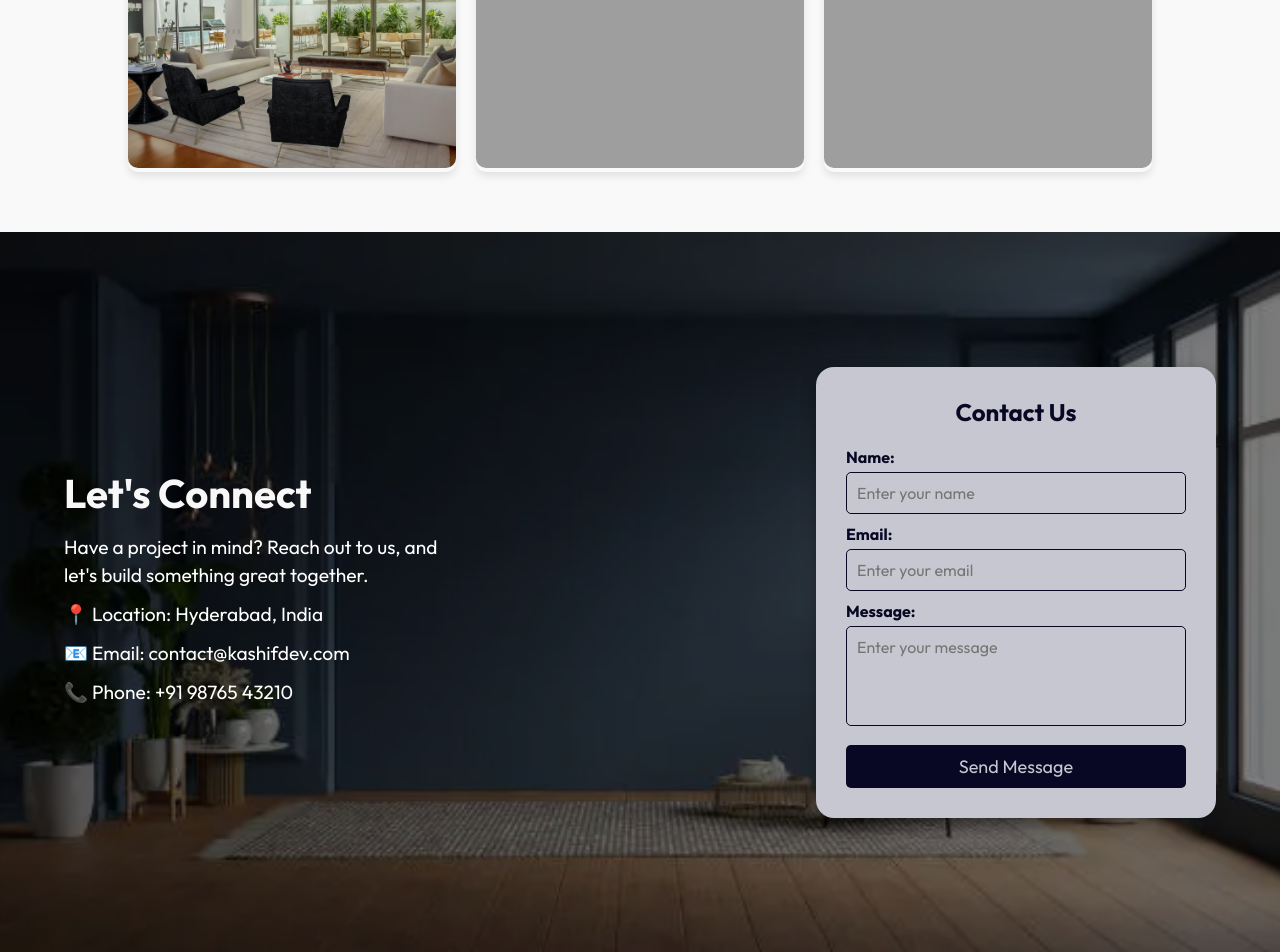
Repository: TechProjectss/Portfolio
Page: / (app in Merajweb/)
These files come from the project's save history. The page is drawn as it stood at one moment and after the next save; the edit follows.
The browser window is 1280 px wide. The pictures show the part of the page from y = 2747 to 3699 px (the page is 3699 px tall).
Pictures or frames that could not be fetched are drawn as grey boxes. The project was rebuilt for these pictures with package versions that can differ from the ones it lists, and the page was loaded fresh each time. Also part of the build but not shown: Merajweb/vite.config.js.

Above is the page before, as saved 2025-02-26 12:38:49.

### Merajweb/index.html
<!doctype html>
<html lang="en">
  <head>
    <meta charset="UTF-8" />
    <link rel="icon" type="image/svg+xml" href="/vite.svg" />
    <meta name="viewport" content="width=device-width, initial-scale=1.0" />
    <title>MerajWeb</title>
  </head>
  <body>
    <div id="root"></div>
    <script type="module" src="/src/main.jsx"></script>
  </body>
</html>

### Merajweb/src/index.css
@import url('https://fonts.googleapis.com/css2?family=Outfit:wght@100..900&display=swap');

*{
    margin: 0;
    padding: 0;
    box-sizing: border-box;
    font-family: "Outfit", serif;
}

body{
    background-color: #f5f5f5;
}

a{
    text-decoration: none;
    color: inherit;
    line-height: 1;
    cursor: pointer;
}

.container{
    padding-left: 5%;
    padding-right: 5%;
}

### Merajweb/src/App.jsx
import React from "react";
import Navbar from "./components/Navbar/Navbar";
import Home from "./components/Home/Home";
import About from "./components/About/About";
import Programs from "./components/Programs/Programs";
import Projects from "./components/Projects/Projects";
import Contact from "./components/Contact/Contact";

const App = () => {
  return (
    <>
      <Navbar />
      <div id="home"><Home /></div>
      <div id="about"><About /></div>
      <div id="programs"><Programs /></div>
      <div id="projects"><Projects /></div>
      <div id="contact"><Contact /></div>
    </>
  );
};

export default App;

### Merajweb/src/components/Navbar/Navbar.jsx
import React, { useState, useEffect } from "react";
import "./Navbar.css";
import logosk from "../../assets/logosk1.png";

const Navbar = () => {
    const [menuOpen, setMenuOpen] = useState(false);
    const [visible, setVisible] = useState(true);

    useEffect(() => {
        let lastScrollY = window.scrollY;

        const handleScroll = () => {
            setVisible(window.scrollY < lastScrollY || window.scrollY < 50);
            lastScrollY = window.scrollY;
        };

        window.addEventListener("scroll", handleScroll);
        return () => window.removeEventListener("scroll", handleScroll);
    }, []);

    return (
        <nav className={`navbar ${visible ? "visible" : "hidden"}`}>
            <div className="logo-container">
                <img src={logosk} alt="logo" className="logo" />
            </div>
            <ul className={menuOpen ? "nav-items open" : "nav-items"}>
                <li><a href="#home">Home</a></li>
                <li><a href="#about">About</a></li>
                <li><a href="#programs">Programs</a></li>
                <li><a href="#projects">Projects</a></li>
                <li><a href="#contact">Contact Us</a></li>
            </ul>
            <div className="menu-icon" onClick={() => setMenuOpen(!menuOpen)}>☰</div>
        </nav>
    );
};

export default Navbar;

### Merajweb/src/components/Home/Home.jsx
import React from 'react';
import './Home.css';

const Home = () => {
    return (
        <div className='hero container' style={{ minHeight: "100vh" }}>
            <div className="hero-text">
                <h1>Bringing Ideas to Reality with Design & Code</h1>
                <h2>Mohammed Kashif | React Native & Full-Stack Developer</h2>
                <p>
                    I specialize in building scalable mobile apps, seamless UI/UX, and API integrations.
                    Looking for a passionate developer? Let’s build something amazing together!
                </p>
                <div className="hero-buttons">
                    <button className="btn primary">View My Work</button>
                    <button className="btn secondary">Hire Me</button>
                </div>
            </div>
        </div>
    );
};

export default Home;

### Merajweb/src/components/About/About.jsx
import React from 'react';
import styled from 'styled-components';

// Styled Components
const AboutSection = styled.div`
    display: flex;
    align-items: center;
    justify-content: center;
    min-height: 100vh;
    padding: 60px 20px;
    background: #fff;
    gap: 50px;

    @media (max-width: 768px) {
        flex-direction: column;
        text-align: center;
    }
`;

const AboutText = styled.div`
    max-width: 600px;
    line-height: 1.8;
`;

const AboutImage = styled.img`
    width: 350px;
    height: 350px;
    border-radius: 50%;
    box-shadow: 0 6px 12px rgba(0, 0, 0, 0.3);
    transition: transform 0.3s ease-in-out;

    &:hover {
        transform: scale(1.1);
    }
`;

const Skills = styled.ul`
    list-style: none;
    padding: 0;
    display: flex;
    flex-wrap: wrap;
    justify-content: flex-start;
    margin-top: 20px;
    gap: 10px;

    @media (max-width: 768px) {
        justify-content: center;
    }
`;

const SkillItem = styled.li`
    background: #080824;
    color: white;
    padding: 10px 20px;
    border-radius: 25px;
    font-weight: bold;
    font-size: 14px;
    transition: all 0.3s ease-in-out;

    &:hover {
        background: #080824;
        transform: translateY(-3px);
    }
`;

const CTAButton = styled.button`
    background: #080824;
    color: white;
    padding: 14px 28px;
    font-size: 18px;
    border: none;
    cursor: pointer;
    border-radius: 8px;
    font-weight: bold;
    transition: all 0.3s ease-in-out;
    margin-top: 30px;

    &:hover {
        background:rgb(111, 111, 131);
        transform: scale(1.05);
    }
`;

const About = () => {
    return (
        <AboutSection>
            <AboutImage src="/profile.jpg" alt="Mohammed Kashif" />
            <AboutText>
                <h1>About Me</h1>
                <p>
                    Hi, I'm <strong>Mohammed Kashif</strong>, a passionate and dedicated <strong>Full-Stack Developer</strong>
                    with expertise in building modern and scalable applications. My journey in development started with
                    curiosity, and now I specialize in crafting high-quality digital experiences.
                </p>
                <p>
                    I thrive on solving real-world problems using <strong>React Native, React.js, Node.js</strong>, and <strong>UI/UX Design</strong>.
                    From designing user-friendly interfaces to developing seamless back-end services, I ensure that every
                    project is built with efficiency, creativity, and a focus on user satisfaction.
                </p>
                <h2>Skills & Technologies</h2>
                <Skills>
                    <SkillItem>React Native</SkillItem>
                    <SkillItem>React.js</SkillItem>
                    <SkillItem>UI/UX Design</SkillItem>
                    <SkillItem>Node.js</SkillItem>
                    <SkillItem>MongoDB</SkillItem>
                    <SkillItem>API Development</SkillItem>
                    <SkillItem>Docker & Cloud Services</SkillItem>
                    <SkillItem>JavaScript & TypeScript</SkillItem>
                </Skills>
                <CTAButton>Let's Work Together!</CTAButton>
            </AboutText>
        </AboutSection>
    );
};

export default About;

### Merajweb/src/components/Programs/Programs.jsx
import React from "react";
import "./Programs.css";
import img1 from "../../assets/hom1.jpg"; // Replace with actual image path
import img2 from "../../assets/int7.jpg"; // Replace with actual image path
import img3 from "../../assets/int2.jpg"; // Replace with actual image path
import img4 from "../../assets/int5.jpg"; // Replace with actual image path
import img5 from "../../assets/int4.jpg"; // Replace with actual image path

const Programs = () => {
    return (
        <section className="programs-section">
            <div className="program-card">
                <img src={img1} alt="Interior Design" className="program-image" />
                <h3 className="program-title">Innovation Inside Out</h3>
                <p className="program-description">
                    NA Architects are unparalleled in Interior Design solutions. It’s not just mind-blowing, it’s mind-bending.
                </p>
            </div>

            <div className="program-card">
                <img src={img2} alt="Skyscraper Design" className="program-image" />
                <h3 className="program-title">Towering Testimonies</h3>
                <p className="program-description">
                    Creating the skyline has been a passion at NA Architects. Buildings that are talked about and clicked across the world.
                </p>
            </div>

            <div className="program-card">
                <img src={img3} alt="Garden Design" className="program-image" />
                <h3 className="program-title">The Circle of Life</h3>
                <p className="program-description">
                    At NA Architects, we have the best of minds who excel in designing both Residencies and Commercial Spaces.
                </p>
            </div>

            <div className="program-card">
                <img src={img4} alt="Eco-Friendly Design" className="program-image" />
                <h3 className="program-title">Sustainable Living</h3>
                <p className="program-description">
                    We focus on eco-friendly and sustainable architecture, creating energy-efficient and green spaces for future generations.
                </p>
            </div>

            <div className="program-card">
                <img src={img5} alt="Smart Homes" className="program-image" />
                <h3 className="program-title">Smart Spaces</h3>
                <p className="program-description">
                    Integrating technology with architecture, we design smart homes and workspaces that enhance convenience and security.
                </p>
            </div>
        </section>
    );
};

export default Programs;

### Merajweb/src/components/Projects/Projects.jsx
import React from "react";
import "./Projects.css";
import project1 from "../../assets/int1.jpg";
import project2 from "../../assets/int2.jpg";
import project3 from "../../assets/int3.jpg";
import project4 from "../../assets/int4.jpg";
import project5 from "../../assets/int5.jpg";
import project6 from "../../assets/int6.jpg";

const projects = [
    { id: 1, title: "Luxury Villa", image: project1, description: "A premium luxury villa designed with modern aesthetics." },
    { id: 2, title: "Corporate Tower", image: project2, description: "A state-of-the-art corporate skyscraper in the city skyline." },
    { id: 3, title: "Eco-Friendly Home", image: project3, description: "An energy-efficient home designed for sustainability." },
    { id: 4, title: "Smart Office", image: project4, description: "An innovative workspace with smart technology integration." },
    { id: 5, title: "Resort & Spa", image: project5, description: "A relaxing resort with a nature-inspired architectural theme." },
    { id: 6, title: "Urban Apartments", image: project6, description: "A modern apartment complex with a minimalist touch." }
];

const Projects = () => {
    return (
        <section className="projects-section">
            <h2 className="section-title">Our Client Projects</h2>
            <div className="projects-grid">
                {projects.map((project) => (
                    <div key={project.id} className="project-card">
                        <img src={project.image} alt={project.title} className="project-image" />
                        <div className="project-overlay">
                            <h3 className="project-title">{project.title}</h3>
                            <p className="project-description">{project.description}</p>
                        </div>
                    </div>
                ))}
            </div>
        </section>
    );
};

export default Projects;

### Merajweb/src/components/Contact/Contact.jsx
import React from "react";
import "./Contact.css";

const Contact = () => {
    return (
        <div className="contact-page">
            <div className="overlay"></div>

            {/* Left Side Content */}
            <div className="contact-info">
                <h1>Let's Connect</h1>
                <p>Have a project in mind? Reach out to us, and let's build something great together.</p>
                <p>📍 Location: Hyderabad, India</p>
                <p>📧 Email: contact@kashifdev.com</p>
                <p>📞 Phone: +91 98765 43210</p>
            </div>

            {/* Contact Form */}
            <div className="contact-form">
                <h2>Contact Us</h2>
                <form>
                    <label>Name:</label>
                    <input type="text" placeholder="Enter your name" required />

                    <label>Email:</label>
                    <input type="email" placeholder="Enter your email" required />

                    <label>Message:</label>
                    <textarea placeholder="Enter your message" required></textarea>

                    <button type="submit">Send Message</button>
                </form>
            </div>
        </div>
    );
};

export default Contact;

### Merajweb/src/components/Navbar/Navbar.css
/* Navbar Container */
.navbar {
    width: 100%;
    color: #fff;
    background-color: #080824;
    padding: 12px 30px;
    position: fixed;
    top: 0;
    left: 0;
    display: flex;
    align-items: center;
    justify-content: space-between;
    z-index: 1000;
    height: 60px;
    transition: transform 0.3s ease-in-out;
}

html {
    scroll-behavior: smooth;
}

/* Hide Navbar when Scrolling Up */
.navbar.hidden {
    transform: translateY(-100%);
}

/* Show Navbar when Scrolling Down */
.navbar.visible {
    transform: translateY(0);
}

/* Logo Styling */
.logo-container {
    display: flex;
    align-items: center;
}

.logo {
    width: 40px;
    height: 40px;
    border-radius: 50%;
    object-fit: cover;
    border: 2px solid white;
    cursor: pointer;
}

/* Navigation Links */
.nav-items {
    display: flex;
    list-style: none;
}

.nav-items li {
    margin: 0 15px;
}

.nav-items a {
    text-decoration: none;
    color: #fff;
    font-size: 16px;
    font-weight: 500;
    transition: color 0.3s ease-in-out;
}

.nav-items a:hover {
    color: #8ca5a5;
}

/* Mobile Menu Icon */
.menu-icon {
    display: none;
    font-size: 28px;
    cursor: pointer;
    color: white;
}

/* Responsive Design */
@media (max-width: 768px) {
    .menu-icon {
        display: block;
    }

    .nav-items {
        display: none;
        flex-direction: column;
        background: rgba(0, 0, 0, 0.9);
        position: absolute;
        top: 60px;
        right: 0;
        width: 100%;
        text-align: center;
        padding: 20px;
    }

    .nav-items.open {
        display: flex;
    }

    .nav-items li {
        margin: 15px 0;
    }
}

### Merajweb/src/components/Home/Home.css
.hero {
    height: 100vh; /* Ensures it covers the full viewport height */
    background-size: cover;
    background-color: #c7c7d1;
    background-position: center;
    color: #080824;
    display: flex;
    align-items: center;
    justify-content: center;
    text-align: center;
    padding: 20px;
    position: relative;

}


/* Animations */
@keyframes fadeIn {
    from { opacity: 0; transform: translateY(20px); }
    to { opacity: 1; transform: translateY(0); }
}

.hero-text {
    max-width: 800px;
    padding-top: 50px; /* Adjust this to push content lower */
}

.hero-text h1 {
    font-size: 48px;
    font-weight: 700;
    text-shadow: 2px 2px 10px rgba(0, 0, 0, 0.5);
}

.hero-text h2 {
    font-size: 28px;
    font-weight: 500;
    margin-top: 10px;
}

.hero-text p {
    max-width: 700px;
    margin: 15px auto 30px;
    line-height: 1.6;
    font-size: 18px;
}

/* Button Styles */
.hero-buttons {
    display: flex;
    gap: 15px;
    justify-content: center;
}

.btn {
    padding: 12px 24px;
    font-size: 18px;
    font-weight: 600;
    border: none;
    cursor: pointer;
    border-radius: 5px;
    transition: all 0.3s ease;
}

.primary {
    background: transparent;
    color: #080824;
    border: 2px solid #080824;
}

.primary:hover {
    background: #080824;
    color: #fff;
    transform: scale(1.05);
}

.secondary {
    background: transparent;
    color: #080824;
    border: 2px solid #080824;
}

.secondary:hover {
    background: #080824;
    color: #fff;
    transform: scale(1.05);
}

### Merajweb/src/components/Programs/Programs.css
/* Programs Section */
.programs-section {
    display: flex;
    flex-wrap: wrap;
    justify-content: center;
    align-items: center;
    gap: 30px;
    padding: 50px 10%;
    background-color: #fff
}

/* Program Card */
.program-card {
    text-align: center;
    width: 300px;
    background: #fff;
    box-shadow: 0 4px 8px rgba(0, 0, 0, 0.1);
    border-radius: 10px;
    overflow: hidden;
    transition: transform 0.3s ease-in-out;
}

.program-card:hover {
    transform: translateY(-5px);
}

/* Program Image */
.program-image {
    width: 100%;
    height: 230px;
    object-fit: cover;
    border-radius: 10px 10px 0 0;
}

/* Program Title */
.program-title {
    color: #e57232;
    font-size: 20px;
    font-weight: bold;
    margin-top: 15px;
}

/* Program Description */
.program-description {
    color: #333;
    font-size: 14px;
    padding: 10px 15px;
}

/* Responsive Design */
@media (max-width: 1024px) {
    .programs-section {
        flex-direction: row;
        flex-wrap: wrap;
        justify-content: center;
        padding: 30px;
    }

    .program-card {
        width: 90%;
        max-width: 350px;
    }
}

@media (max-width: 768px) {
    .programs-section {
        flex-direction: column;
        align-items: center;
    }

    .program-card {
        width: 100%;
        max-width: 400px;
    }
}

### Merajweb/src/components/Projects/Projects.css
/* Projects Section */
.projects-section {
    padding: 60px 10%;
    background: #f9f9f9;
    text-align: center;
}

/* Section Title */
.section-title {
    font-size: 28px;
    font-weight: bold;
    color: #333;
    margin-bottom: 30px;
}

/* Projects Grid */
.projects-grid {
    display: grid;
    grid-template-columns: repeat(auto-fit, minmax(300px, 1fr));
    gap: 20px;
    justify-content: center;
}

/* Project Card */
.project-card {
    position: relative;
    overflow: hidden;
    border-radius: 10px;
    box-shadow: 0 4px 8px rgba(0, 0, 0, 0.1);
    transition: transform 0.3s ease-in-out;
}

.project-card:hover {
    transform: scale(1.05);
}

/* Project Image */
.project-image {
    width: 100%;
    height: 250px;
    object-fit: cover;
    border-radius: 10px;
}

/* Project Overlay */
.project-overlay {
    position: absolute;
    top: 0;
    left: 0;
    width: 100%;
    height: 100%;
    background: rgba(0, 0, 0, 0.7);
    color: white;
    display: flex;
    flex-direction: column;
    align-items: center;
    justify-content: center;
    opacity: 0;
    transition: opacity 0.3s ease-in-out;
    padding: 15px;
    text-align: center;
}

.project-card:hover .project-overlay {
    opacity: 1;
}

/* Project Title */
.project-title {
    font-size: 20px;
    font-weight: bold;
    margin-bottom: 8px;
}

/* Project Description */
.project-description {
    font-size: 14px;
}

/* Responsive Design */
@media (max-width: 768px) {
    .projects-section {
        padding: 40px 5%;
    }

    .projects-grid {
        grid-template-columns: repeat(auto-fit, minmax(250px, 1fr));
    }
}

### Merajweb/src/components/Contact/Contact.css
/* Contact Page - Full-Screen Background */
.contact-page {
    background: url("../../assets/wall1.webp") no-repeat center center/cover;
    height: 100vh;
    display: flex;
    align-items: center; /* Vertically center */
    justify-content: space-between; /* Space between content */
    padding: 5vw;
    position: relative;
}

/* Overlay for Readability */
.overlay {
    width: 100%;
    height: 100vh;
    background: rgba(0, 0, 0, 0.5);
    position: absolute;
    top: 0;
    left: 0;
}

/* Left Side Content */
.contact-info {
    max-width: 400px;
    margin-left: 400;
    color: #fff;
    position: relative;
    z-index: 2;
}

.contact-info h1 {
    font-size: 2.5rem;
    margin-bottom: 15px;
    color: #f8f8f8;
}

.contact-info p {
    font-size: 1.2rem;
    margin-bottom: 10px;
    line-height: 1.5;
}

/* Contact Form */
.contact-form {
    width: 400px;
    background: #c7c7d1;
    padding: 30px;
    border-radius: 18px;
    position: relative;
    z-index: 2;
    box-shadow: 0px 5px 15px rgba(0, 0, 0, 0.3);
}

/* Title & Labels */
.contact-form h2 {
    text-align: center;
    margin-bottom: 20px;
    color: #080824;
}

.contact-form label {
    display: block;
    margin-top: 10px;
    font-weight: bold;
    color: #080824;
}

/* Input Fields */
.contact-form input,
.contact-form textarea {
    width: 100%;
    padding: 10px;
    margin-top: 5px;
    border: 1px solid #080824;
    border-radius: 5px;
    font-size: 16px;
    background: transparent;
    color: #080824;
}

.contact-form textarea {
    height: 100px;
    resize: none;
}

/* Submit Button */
.contact-form button {
    width: 100%;
    padding: 10px;
    background: #080824;
    color: #c7c7d1;
    border: none;
    border-radius: 5px;
    font-size: 18px;
    cursor: pointer;
    margin-top: 15px;
}

.contact-form button:hover {
    background: #003d80;
}

/* Responsive Design */
@media (max-width: 900px) {
    .contact-page {
        flex-direction: column;
        align-items: center;
        text-align: center;
    }

    .contact-info {
        margin-bottom: 20px;
    }

    .contact-form {
        width: 90%;
    }
}

Loaded but not shown: Merajweb/src/main.jsx (common file)

After the next save:
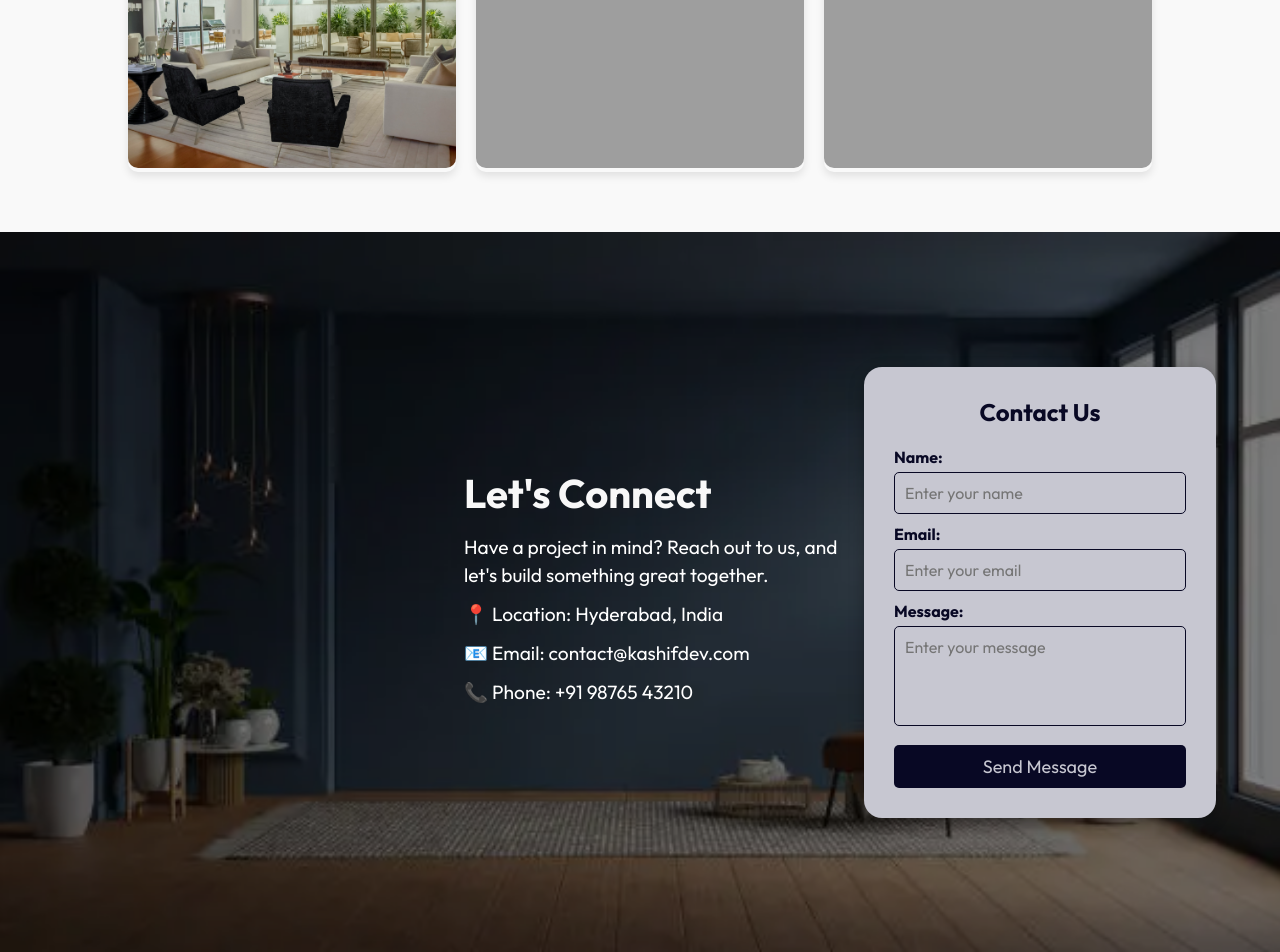
Saved 5 s later.
--- a/Merajweb/src/components/Contact/Contact.css
+++ b/Merajweb/src/components/Contact/Contact.css
@@ -22,7 +22,7 @@
 /* Left Side Content */
 .contact-info {
     max-width: 400px;
-    margin-left: 400;
+    margin-left: 400px;
     color: #fff;
     position: relative;
     z-index: 2;
